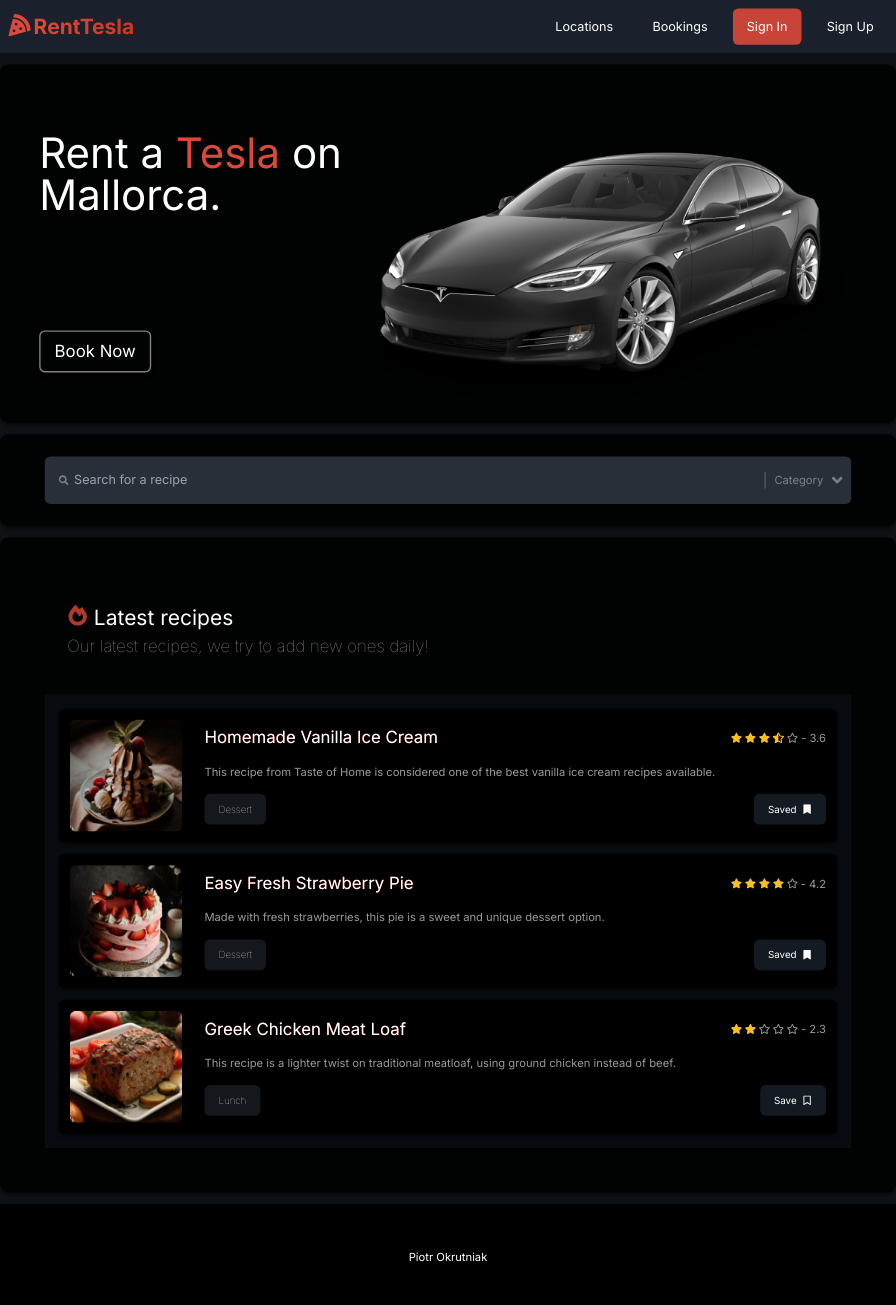
Repository: piotrokrutniak/RentallApp.UI
Page: /
These files come from the project's save history. The page is drawn as it stood at one moment and after the next save; the edit follows.
The browser window is 1280 px wide. The pictures show the whole page, at 70% of full size.
The project was rebuilt for these pictures with package versions that can differ from the ones it lists, and the page was loaded fresh each time. The framework's server and built-in components were replaced by stand-ins that run in the browser. Also part of the build but not shown: next.config.js.

Above is the page before, as saved 2023-10-05 20:58:53.

After the next save:
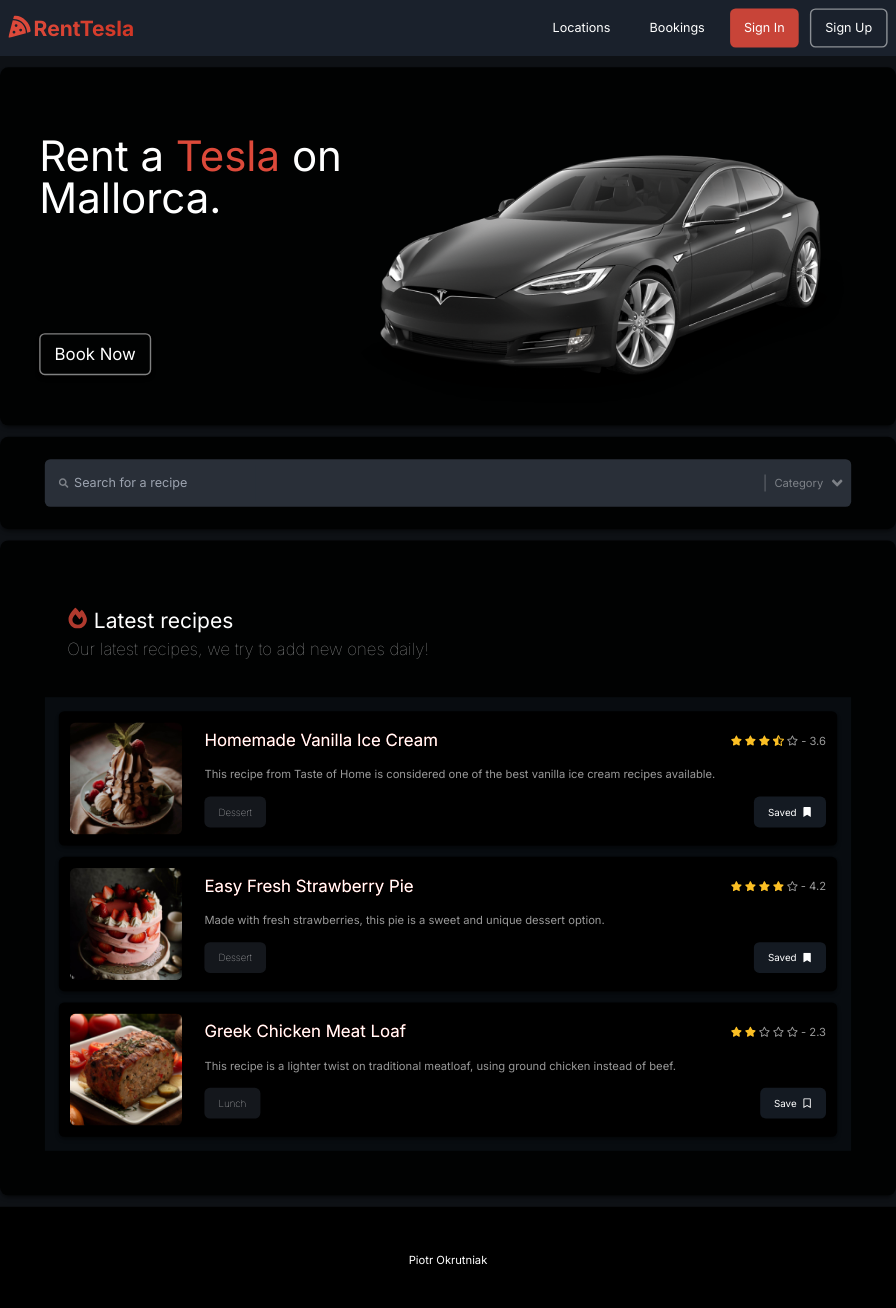
Saved 16 s later.
--- a/src/app/components/navbar/navbar.tsx
+++ b/src/app/components/navbar/navbar.tsx
@@ -31,7 +31,7 @@
                         <Button className="text-white bg-vermilion-400 active:bg-slate-100/5 hover:bg-slate-100/5" onClick={undefined}>
                             Sign In
                         </Button>
-                        <Button className="text-white bg-transparent capitalize bottom-2 border-white/50 hover:border-blue-500" onClick={undefined}>
+                        <Button className="text-white bg-transparent capitalize border-2 border-white/50 hover:border-blue-500" onClick={undefined}>
                             Sign Up
                         </Button>
                     </div>

After the save that followed:
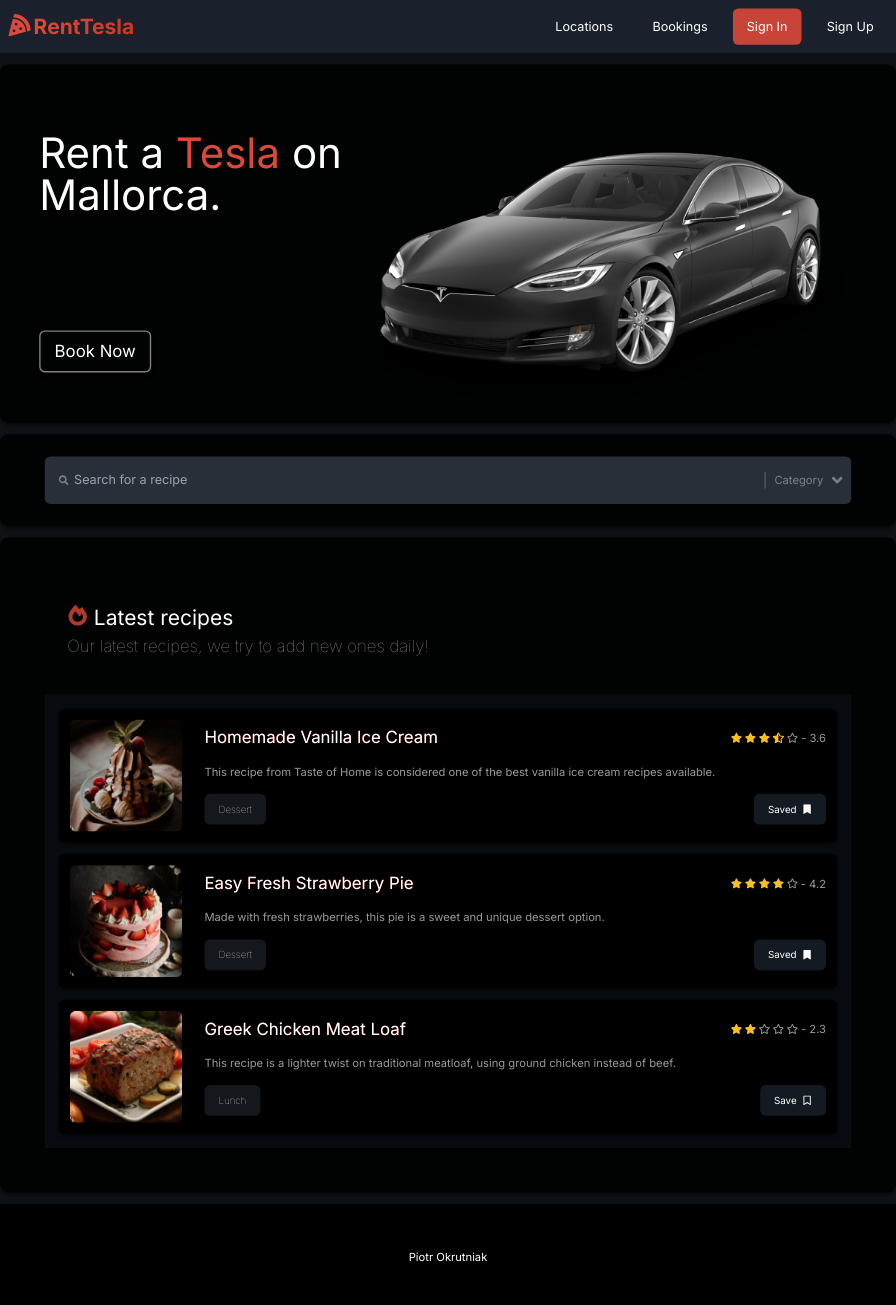
Saved 38 s later.
--- a/src/app/components/navbar/navbar.tsx
+++ b/src/app/components/navbar/navbar.tsx
@@ -31,7 +31,7 @@
                         <Button className="text-white bg-vermilion-400 active:bg-slate-100/5 hover:bg-slate-100/5" onClick={undefined}>
                             Sign In
                         </Button>
-                        <Button className="text-white bg-transparent capitalize border-2 border-white/50 hover:border-blue-500" onClick={undefined}>
+                        <Button className="text-white bg-transparent capitalize outline-2 border-white/50 hover:border-blue-500" onClick={undefined}>
                             Sign Up
                         </Button>
                     </div>
